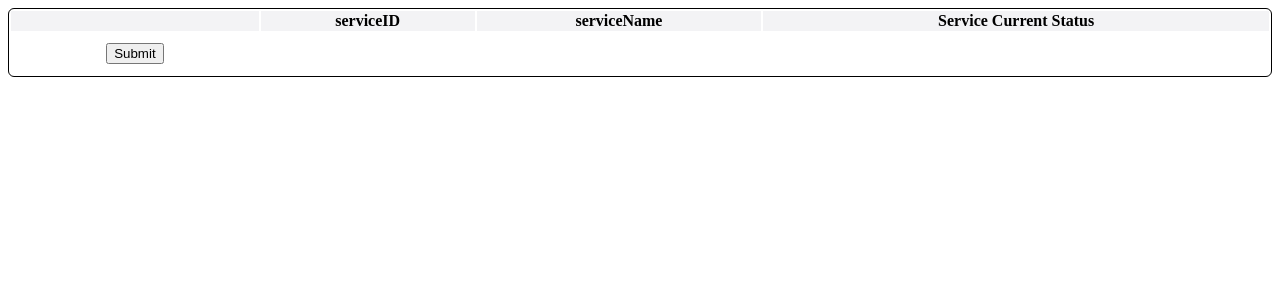
Repository: suma94/MyProjects
Page: http://localhost/SelfServiceSales/Display.jsp
These files come from the project's save history. The page is drawn as it stood at one moment and after the next save; the edit follows.
The browser window is 1280 px wide. The pictures show the whole page.
The page is served by Tomcat 9. Other server files are loaded and not shown.

Above is the page before, as saved 2015-08-26 04:30:44.

### SelfServiceSales/WebContent/Display.jsp
<%@ page language="java" contentType="text/html; charset=ISO-8859-1"
    pageEncoding="ISO-8859-1"%>
    <%@ taglib uri="http://java.sun.com/jsp/jstl/core" prefix="c" %>
<!DOCTYPE html PUBLIC "-//W3C//DTD HTML 4.01 Transitional//EN" "http://www.w3.org/TR/html4/loose.dtd">
<html>
<head>
<meta http-equiv="Content-Type" content="text/html; charset=ISO-8859-1">
<link rel="stylesheet" type="text/css" href="styles.css">
<title>Insert title here</title>

</head>
<body>
	<form action="SuspendComplete" method="post">
		<table class="vztable" >
			<tr>
				<th><th>serviceID<th>serviceName<th>Service Current Status</th>
			</tr>
			<c:forEach var="e" items="${infols}">
			<tr>
				<td><input type="radio" name="services" value="${e.service_id}"> </td>
				<td><c:out value="${e.service_id}"></c:out> </td>
				<td><c:out value="${e.service_name}"></c:out> </td>
				<td><c:out value="${e.service_current_status}"></c:out> </td>
			</tr>
			</c:forEach>
			<tr>
				<td><input type="submit" value="Submit"name="Suspend"></td>
			</tr>
		</table>
	</form>
</body>
</html>

### SelfServiceSales/WebContent/styles.css
.vz-standard-font
{
	font-family:arial;
}
.vzh1
{
	font-family:arial;
	font-style:bold;
	font-size:28px;
	color:#B00000;
}
.vzh2
{
	font-family:arial;
	font-style:bold;
	font-size:24px;
	color:#B00000;
}
.vzh3
{
	font-family:arial;
	font-style:bold;
	font-size:21.33px;
	color:#333333;
}
.vzh4
{
	font-family:arial;
	font-style:bold;
	font-size:18.66px;
	color:#333333;

}
.vzh5
{
	font-family:arial;
	font-style:bold;
	font-size:16px;
	color:#333333;
}
.vzh6
{
	font-family:arial;
	font-style:bold;
	font-size:14.66px;
	color:#333333;
}
.vzred
{
	color:#ED1C24;
}
.vzdarkgrey
{
	color:#595A5D;
}
.vzgrey
{
	color:#D2D3D4;
}
.vzlightgrey
{
	color:#ECEDEE;
}
.vzsecondary1
{
	color:rgb(115,185,176);
}
.vzsecondary2
{
	color:rgb(259,223,76);
}
.vzsecondary3
{
	color:rgb(74,154,77);
}.vzsecondary4
{
	color:rgb(46,103,178);
}
.vzsecondary5
{
	color:rgb(196,159,57);
}
.vzsecondary6
{
	color:rgb(210,102,159);
}
.vzsecondary7
{
	color:rgb(127,52,131);
}
.vzsecondary8
{
	color:rgb(49,149,169);
}
a.vzlink:link {
     font-family:Arial; color:#0066CC; text-decoration:underline;
}

/* visited link */
a.vzlink:visited {
  font-family:Arial; color:#990099; text-decoration:none;

}

/* mouse over link */
a .vzlink:hover {
   font-family:Arial; color:#0066CC; text-decoration:underline;
}

/* selected link */
a.vzlink:active {
font-family:Arial; color:#B00000; text-decoration:none;
}

.vzbtn {
  -webkit-border-radius: 6;
  -moz-border-radius: 6;
 padding: 10px 16px;
font-size: 18px;
line-height: 1.33333;
border-radius: 6px;
margin-bottom: 0px;
font-weight: 400;
text-align: center;
white-space: nowrap;
vertical-align: middle;
cursor: pointer;
-moz-user-select: none;
background-image: none;
border: 1px solid transparent;

  font-family: Arial;
  color: #ffffff;

  background: #d51e27;

  text-decoration: none;
}
.vzbtn:focus {outline:0;}

.vzbtn:hover {
  text-decoration: none;
}
.vzbtnsmall {
  -webkit-border-radius: 3;
  -moz-border-radius: 3;
  padding: 5px 10px;
    padding-top: 5px;
    padding-right: 10px;
    padding-bottom: 5px;
    padding-left: 10px;
font-size: 12px;
line-height: 1.5;
border-radius: 3px;
display: inline-block;
margin-bottom: 0px;
font-weight: 400;
text-align: center;
white-space: nowrap;
vertical-align: middle;
cursor: pointer;
-moz-user-select: none;
background-image: none;
border: 1px solid transparent;

  font-family: Arial;
  color: #ffffff;

  background: #d51e27;

  text-decoration: none;
}
.vzbtnsmall:focus {outline:0;}

.vzbtnsmall:hover {
  text-decoration: none;
}
.vzbtnmedium {
	padding: 6px 12px;
margin-bottom: 0px;
font-size: 14px;
font-weight: 400;
line-height: 1.42857;
text-align: center;
white-space: nowrap;
vertical-align: middle;
cursor: pointer;
-moz-user-select: none;
background-image: none;
border: 1px solid transparent;
border-radius: 4px;
  -webkit-border-radius: 4;
  -moz-border-radius: 4;



  font-family: Arial;
  color: #ffffff;

  background: #d51e27;

  text-decoration: none;
}
.vzbtnmedium:focus {outline:0;}

.vzbtnmedium:hover {
  text-decoration: none;
}
.vzbtnxsmall {
	padding: 1px 5px;
    padding-top: 1px;
    padding-right: 5px;
    padding-bottom: 1px;
    padding-left: 5px;
font-size: 12px;
line-height: 1.5;
border-radius: 3px;
	display: inline-block;
margin-bottom: 0px;
font-weight: 400;
text-align: center;
white-space: nowrap;
vertical-align: middle;
cursor: pointer;
-moz-user-select: none;
background-image: none;
border: 1px solid transparent;

border-radius: 3px;
  -webkit-border-radius: 3;
  -moz-border-radius: 3;



  font-family: Arial;
  color: #ffffff;

  background: #d51e27;

  text-decoration: none;
}
.vzbtnxsmall:focus {outline:0;}

.vzbtnxsmall:hover {
  text-decoration: none;
}
.vzbtn1{
  -webkit-border-radius: 6;
  -moz-border-radius: 6;
 padding: 10px 16px;
font-size: 18px;
line-height: 1.33333;
border-radius: 6px;
margin-bottom: 0px;
font-weight: 400;
text-align: center;
white-space: nowrap;
vertical-align: middle;
cursor: pointer;
-moz-user-select: none;
background-image: none;
border: 1px solid transparent;

  font-family: Arial;
  color: #ffffff;

  background: #464a4f;

  text-decoration: none;
}
.vzbtn1:focus {outline:0;}

.vzbtn1:hover {
  text-decoration: none;
}
.vzbtn1small {
  -webkit-border-radius: 3;
  -moz-border-radius: 3;
  padding: 5px 10px;
    padding-top: 5px;
    padding-right: 10px;
    padding-bottom: 5px;
    padding-left: 10px;
font-size: 12px;
line-height: 1.5;
border-radius: 3px;
display: inline-block;
margin-bottom: 0px;
font-weight: 400;
text-align: center;
white-space: nowrap;
vertical-align: middle;
cursor: pointer;
-moz-user-select: none;
background-image: none;
border: 1px solid transparent;

  font-family: Arial;
  color: #ffffff;

  background: #464a4f;

  text-decoration: none;
}
.vzbtn1small:focus {outline:0;}

.vzbtn1small:hover {
  text-decoration: none;
}
.vzbtn1medium {
	padding: 6px 12px;
margin-bottom: 0px;
font-size: 14px;
font-weight: 400;
line-height: 1.42857;
text-align: center;
white-space: nowrap;
vertical-align: middle;
cursor: pointer;
-moz-user-select: none;
background-image: none;
border: 1px solid transparent;
border-radius: 4px;
  -webkit-border-radius: 4;
  -moz-border-radius: 4;



  font-family: Arial;
  color: #ffffff;

  background: #464a4f;

  text-decoration: none;
}
.vzbtn1medium:focus {outline:0;}

.vzbtn1medium:hover {
  text-decoration: none;
}
.vzbtn1xsmall {
	padding: 1px 5px;
    padding-top: 1px;
    padding-right: 5px;
    padding-bottom: 1px;
    padding-left: 5px;
font-size: 12px;
line-height: 1.5;
border-radius: 3px;
	display: inline-block;
margin-bottom: 0px;
font-weight: 400;
text-align: center;
white-space: nowrap;
vertical-align: middle;
cursor: pointer;
-moz-user-select: none;
background-image: none;
border: 1px solid transparent;

border-radius: 3px;
  -webkit-border-radius: 3;
  -moz-border-radius: 3;



  font-family: Arial;
  color: #ffffff;

  background: #464a4f;

  text-decoration: none;
}
.vzbtn1xsmall:focus {outline:0;}

.vzbtnx1small:hover {
  text-decoration: none;
}


.vzbtn2{
  -webkit-border-radius: 7;
  -moz-border-radius: 7;
  border-radius: 7px;

  font-family: Arial;
  color: #818181;
  font-size: 14px;
  background: #e3e6e5;
  padding: 10px 20px 10px 20px;
  text-decoration: none;
}
.vzbtn2:focus {outline:0;}
.vzbtn2:hover {
  text-decoration: none;
}
.vzbtn2{
  -webkit-border-radius: 6;
  -moz-border-radius: 6;
 padding: 10px 16px;
font-size: 18px;
line-height: 1.33333;
border-radius: 6px;
margin-bottom: 0px;
font-weight: 400;
text-align: center;
white-space: nowrap;
vertical-align: middle;
cursor: pointer;
-moz-user-select: none;
background-image: none;
border: 1px solid transparent;

  font-family: Arial;
  color: #ffffff;

  background: #e3e6e5;

  text-decoration: none;
}
.vzbtn2:focus {outline:0;}

.vzbtn2:hover {
  text-decoration: none;
}
.vzbtn2small {
  -webkit-border-radius: 3;
  -moz-border-radius: 3;
  padding: 5px 10px;
    padding-top: 5px;
    padding-right: 10px;
    padding-bottom: 5px;
    padding-left: 10px;
font-size: 12px;
line-height: 1.5;
border-radius: 3px;
display: inline-block;
margin-bottom: 0px;
font-weight: 400;
text-align: center;
white-space: nowrap;
vertical-align: middle;
cursor: pointer;
-moz-user-select: none;
background-image: none;
border: 1px solid transparent;

  font-family: Arial;
  color: #ffffff;

  background: #e3e6e5;

  text-decoration: none;
}
.vzbtn2small:focus {outline:0;}

.vzbtn2small:hover {
  text-decoration: none;
}
.vzbtn2medium {
	padding: 6px 12px;
margin-bottom: 0px;
font-size: 14px;
font-weight: 400;
line-height: 1.42857;
text-align: center;
white-space: nowrap;
vertical-align: middle;
cursor: pointer;
-moz-user-select: none;
background-image: none;
border: 1px solid transparent;
border-radius: 4px;
  -webkit-border-radius: 4;
  -moz-border-radius: 4;



  font-family: Arial;
  color: #ffffff;

  background: #e3e6e5;

  text-decoration: none;
}
.vzbtn2medium:focus {outline:0;}

.vzbtn2medium:hover {
  text-decoration: none;
}
.vzbtn2xsmall {
	padding: 1px 5px;
    padding-top: 1px;
    padding-right: 5px;
    padding-bottom: 1px;
    padding-left: 5px;
font-size: 12px;
line-height: 1.5;
border-radius: 3px;
	display: inline-block;
margin-bottom: 0px;
font-weight: 400;
text-align: center;
white-space: nowrap;
vertical-align: middle;
cursor: pointer;
-moz-user-select: none;
background-image: none;
border: 1px solid transparent;

border-radius: 3px;
  -webkit-border-radius: 3;
  -moz-border-radius: 3;



  font-family: Arial;
  color: #ffffff;

  background: #e3e6e5;

  text-decoration: none;
}
.vzbtn2xsmall:focus {outline:0;}

.vzbtnx2small:hover {
  text-decoration: none;
}

.vztext {
  display: inline-block;
  -webkit-box-sizing: content-box;
  -moz-box-sizing: content-box;
  box-sizing: content-box;
  padding: 10px 20px;
  border: 1px solid #b7b7b7;
  -webkit-border-radius: 3px;
  border-radius: 3px;
  font: normal 14px/normal Arial, Helvetica, sans-serif;
  color: rgba(40,40,40,1);
  -o-text-overflow: clip;
  text-overflow: clip;
  background: #ecf0f1;
  -webkit-box-shadow: 2px 2px 2px 0 rgba(0,0,0,0.2) inset;
  box-shadow: 2px 2px 2px 0 rgba(0,0,0,0.2) inset;
  text-shadow: 1px 1px 0 rgba(255,255,255,0.66) ;
  -webkit-transition: all 200ms cubic-bezier(0.42, 0, 0.58, 1);
  -moz-transition: all 200ms cubic-bezier(0.42, 0, 0.58, 1);
  -o-transition: all 200ms cubic-bezier(0.42, 0, 0.58, 1);
  transition: all 200ms cubic-bezier(0.42, 0, 0.58, 1);
}

.vztextarea
{

background:#ecf0f1;
color: rgba(40,40,40,1);
border:1px solid #DCDCDC;
border-radius:2px ;
font-size:12px ;
width: 222px ;
padding: 2px ;
box-shadow: 2px 2px 2px 0 rgba(0,0,0,0.2) inset;
-webkit-box-shadow: -2px 0px 8px #DCDCDC;
-moz-box-shadow: -2px 0px 8px #DCDCDC;
}
.vztextarea:focus, input:focus{
    outline: 0;
}
.vztable {
	margin:0px;padding:0px;
	width:100%;
	border:1px solid #000000;

	-moz-border-radius-bottomleft:6px;
	-webkit-border-bottom-left-radius:6px;
	border-bottom-left-radius:6px;

	-moz-border-radius-bottomright:6px;
	-webkit-border-bottom-right-radius:6px;
	border-bottom-right-radius:6px;

	-moz-border-radius-topright:6px;
	-webkit-border-top-right-radius:6px;
	border-top-right-radius:6px;

	-moz-border-radius-topleft:6px;
	-webkit-border-top-left-radius:6px;
	border-top-left-radius:6px;
}.vztable table{
    border-collapse: collapse;
        border-spacing: 0;
	width:100%;
	height:100%;
	margin:0px;padding:0px;
}.vztable tr:last-child td:last-child {
	-moz-border-radius-bottomright:6px;
	-webkit-border-bottom-right-radius:6px;
	border-bottom-right-radius:6px;
}
.vztable table tr:first-child td:first-child {
	-moz-border-radius-topleft:6px;
	-webkit-border-top-left-radius:6px;
	border-top-left-radius:6px;
}
.vztable table tr:first-child td:last-child {
	-moz-border-radius-topright:6px;
	-webkit-border-top-right-radius:6px;
	border-top-right-radius:6px;
}.vztable tr:last-child td:first-child{
	-moz-border-radius-bottomleft:6px;
	-webkit-border-bottom-left-radius:6px;
	border-bottom-left-radius:6px;
}.vztable tr:hover td{

}
.vztable tr:nth-child(odd){ background-color:#f3f3f5; }
.vztable tr:nth-child(even)    { background-color:#ffffff; }.vztable td{
	vertical-align:middle;


	border:1px solid #000000;
	border-width:0px 1px 1px 0px;
	text-align:center;
	padding:10px;
	font-size:13px;
	font-family:Arial;
	font-weight:normal;
	color:#000000;
}.vztable tr:last-child td{
	border-width:0px 1px 0px 0px;
}.vztable tr td:last-child{
	border-width:0px 0px 1px 0px;
}.vztable tr:last-child td:last-child{
	border-width:0px 0px 0px 0px;
}
.vztable tr:first-child td{
		background:-o-linear-gradient(bottom, #595a5d 5%, #595a5d 100%);	background:-webkit-gradient( linear, left top, left bottom, color-stop(0.05, #595a5d), color-stop(1, #595a5d) );
	background:-moz-linear-gradient( center top, #595a5d 5%, #595a5d 100% );
	filter:progid:DXImageTransform.Microsoft.gradient(startColorstr="#595a5d", endColorstr="#595a5d");	background: -o-linear-gradient(top,#595a5d,595a5d);

	background-color:#595a5d;
	border:0px solid #000000;
	text-align:center;
	border-width:0px 0px 1px 1px;
	font-size:14px;
	font-family:Arial;
	font-weight:bold;
	color:#ffffff;
}
.vztable tr:first-child:hover td{
	background:-o-linear-gradient(bottom, #595a5d 5%, #595a5d 100%);	background:-webkit-gradient( linear, left top, left bottom, color-stop(0.05, #595a5d), color-stop(1, #595a5d) );
	background:-moz-linear-gradient( center top, #595a5d 5%, #595a5d 100% );
	filter:progid:DXImageTransform.Microsoft.gradient(startColorstr="#595a5d", endColorstr="#595a5d");	background: -o-linear-gradient(top,#595a5d,595a5d);

	background-color:#595a5d;
}
.vztable tr:first-child td:first-child{
	border-width:0px 0px 1px 0px;
}
.vztable tr:first-child td:last-child{
	border-width:0px 0px 1px 1px;
}

.vztable1 {
	margin:0px;padding:0px;
	width:100%;
	border:1px solid #000000;

	-moz-border-radius-bottomleft:6px;
	-webkit-border-bottom-left-radius:6px;
	border-bottom-left-radius:6px;

	-moz-border-radius-bottomright:6px;
	-webkit-border-bottom-right-radius:6px;
	border-bottom-right-radius:6px;

	-moz-border-radius-topright:6px;
	-webkit-border-top-right-radius:6px;
	border-top-right-radius:6px;

	-moz-border-radius-topleft:6px;
	-webkit-border-top-left-radius:6px;
	border-top-left-radius:6px;
}.vztable1 table{
    border-collapse: collapse;
        border-spacing: 0;
	width:100%;
	height:100%;
	margin:0px;padding:0px;
}.vztable1 tr:last-child td:last-child {
	-moz-border-radius-bottomright:6px;
	-webkit-border-bottom-right-radius:6px;
	border-bottom-right-radius:6px;
}
.vztable1 table tr:first-child td:first-child {
	-moz-border-radius-topleft:6px;
	-webkit-border-top-left-radius:6px;
	border-top-left-radius:6px;
}
.vztable1 table tr:first-child td:last-child {
	-moz-border-radius-topright:6px;
	-webkit-border-top-right-radius:6px;
	border-top-right-radius:6px;
}.vztable1 tr:last-child td:first-child{
	-moz-border-radius-bottomleft:6px;
	-webkit-border-bottom-left-radius:6px;
	border-bottom-left-radius:6px;
}.vztable1 tr:hover td{

}
.vztable1 tr:nth-child(odd){ background-color:#f3f3f5; }
.vztable1 tr:nth-child(even)    { background-color:#ffffff; }.vztable1 td{
	vertical-align:middle;


	border:1px solid #000000;
	border-width:0px 1px 1px 0px;
	text-align:center;
	padding:10px;
	font-size:13px;
	font-family:Arial;
	font-weight:normal;
	color:#000000;
}.vztable1 tr:last-child td{
	border-width:0px 1px 0px 0px;
}.vztable1 tr td:last-child{
	border-width:0px 0px 1px 0px;
}.vztable1 tr:last-child td:last-child{
	border-width:0px 0px 0px 0px;
}
.vztable1 tr:first-child td{
		/* background:-o-linear-gradient(bottom, #595a5d 5%, #595a5d 100%);	background:-webkit-gradient( linear, left top, left bottom, color-stop(0.05, #595a5d), color-stop(1, #595a5d) );
	background:-moz-linear-gradient( center top, #595a5d 5%, #595a5d 100% ); */
	filter:progid:DXImageTransform.Microsoft.gradient(startColorstr="#595a5d", endColorstr="#595a5d");	background: -o-linear-gradient(top,#595a5d,595a5d);


	border:0px solid #000000;
	text-align:center;
	border-width:0px 0px 1px 1px;
	font-size:14px;
	font-family:Arial;


}
/* .vztable1 tr:first-child:hover td{
	background:-o-linear-gradient(bottom, #595a5d 5%, #595a5d 100%);	background:-webkit-gradient( linear, left top, left bottom, color-stop(0.05, #595a5d), color-stop(1, #595a5d) );
	background:-moz-linear-gradient( center top, #595a5d 5%, #595a5d 100% );
	filter:progid:DXImageTransform.Microsoft.gradient(startColorstr="#595a5d", endColorstr="#595a5d");	background: -o-linear-gradient(top,#595a5d,595a5d);

	background-color:#595a5d;
} */
.vztable1 tr:first-child td:first-child{
	border-width:0px 0px 1px 0px;
}
.vztable1 tr:first-child td:last-child{
	border-width:0px 0px 1px 1px;
}


.vzresponsive-container { position: relative; padding-bottom: 56.25%; padding-top: 30px; height: 0; overflow: hidden; }

.vzresponsive-container iframe { position: absolute; top: 0; left: 0; width: 100%; height: 100%; }
.vzlogoContainer {
  width: 20%;
}
.vzlogoContainer img {
max-width: 100%;
}
input[type=radio], input[type=checkbox] {
	    display:none;
	}
input[type=radio] + label:before {
	    content: "";
	    display: inline-block;
	    width: 15px;
	    height: 15px;
	    vertical-align:middle;
	    margin-right: 8px;
	    background-color: #aaa;
	    box-shadow: inset 0px 2px 2px rgba(0, 0, 0, .3);
	    border-radius: 8px;
	}
input[type=checkbox] + label:before {
	    content: "";
	    display: inline-block;
	    width: 15px;
	    height: 15px;
	    vertical-align:middle;
	    margin-right: 8px;
	    background-color: #aaa;
	    box-shadow: inset 0px 2px 2px rgba(0, 0, 0, .3);
	    border-radius: 4px;
	}
input[type=radio]:checked + label:before {
		content: "\2022";
		color:white;
	    background-color: #666;
		font-size:1.8em;
		text-align:center;
		line-height:14px;
		text-shadow:0px 0px 3px #eee;
	}
input[type=checkbox]:checked + label:before {
		content:"\2714";
		color:white;
	    background-color: #666;
		text-align:center;
		line-height:15px;
	    text-shadow:0px 0px 3px #eee;
	}
	.vznavbar-inverse
	{
		background-color: #FFFFFF;
		}
.vznavbar-inverse .vznavbar-nav>.vzactive>a:hover,
.vznavbar-inverse .vznavbar-nav>li>a:hover,
.vznavbar-inverse .vznavbar-nav>li>a:focus
 {
	 background-color: #FFFFFF;
	 }
.vznavbar-inverse .vznavbar-nav>.vzactive>a,
.vznavbar-inverse .vznavbar-nav>.vzopen>a,
.vznavbar-inverse .vznavbar-nav>.vzopen>a,
.vznavbar-inverse .vznavbar-nav>.vzopen>a:hover,
.vznavbar-inverse .vznavbar-nav>.vzopen>a,
.vznavbar-inverse .vznavbar-nav>.vzopen>a:hover,
.vznavbar-inverse .vznavbar-nav>.vzopen>a:focus
{
	background-color: #FFFFFF;
	}
.vzdropdown-menu
{
	background-color: #D2D3D4;
	}
.vzdropdown-menu>li>a:hover,
.vzdropdown-menu>li>a:focus
{
	background-color: #080808;
	}
.vznavbar-inverse
{
	background-image: none;
	}
.vzdropdown-menu>li>a:hover,
.vzdropdown-menu>li>a:focus
{
	background-image: none;
	}
.vznavbar-inverse {
	border-color: #d2d3d4;
	}
.vznavbar-inverse .vznavbar-brand
{
	color: #994812;
	}
.vznavbar-inverse .vznavbar-brand:hover {
	color: #ED1C24
	}
.vznavbar-inverse .vznavbar-nav>li>a
{
	color: #080808;
	}
.vznavbar-inverse .vznavbar-nav>li>a:hover,
.vznavbar-inverse .vznavbar-nav>li>a:focus
{
	color: #ED1C24;
	}
.vznavbar-inverse .vznavbar-nav>.vzactive>a,
.vznavbar-inverse .vznavbar-nav>.vzopen>a,
.vznavbar-inverse .vznavbar-nav>.vzopen>a:hover,
.vznavbar-inverse .vznavbar-nav>.vzopen>a:focus
{
	color: #ED1C24;
	}
.vznavbar-inverse .vznavbar-nav>.vzactive>a:hover,
.vznavbar-inverse .vznavbar-nav>.vzactive>a:focus
{
	color: #ED1C24;
	}
.vzdropdown-menu>li>a
{
color: #080808;
}
.vzdropdown-menu>li>a:hover,
.vzdropdown-menu>li>a:focus
{
	color: #FFFFFF;
}
.vznavbar-inverse .vznavbar-nav>.vzdropdown>a .vzcaret
{
	border-top-color: #080808;
	}
.vznavbar-inverse .vznavbar-nav>.vzdropdown>a:hover .vzcaret
 {
	 border-top-color: #ED1C24;
	 }
.vznavbar-inverse .vznavbar-nav>.vzdropdown>a .vzcaret
{
	border-bottom-color: #080808;
	}
.vznavbar-inverse .vznavbar-nav>.vzdropdown>a:hover .vzcaret
{
	border-bottom-color: #ED1C24;
	}

.inputwrap label {
    display: inline-block;
    width: 100px;
    text-align: right;
}
.select-style {
    /* border: 1px solid #ccc; */
    width: 120px;
    border-radius: 3px;
    overflow: hidden;
    background:  url("menu-icon.png") no-repeat 90% 50%;
	background-color:#d2d3d4;
}

.select-style select {
    padding: 5px 8px;
    width: 130%;
    border: none;
    box-shadow: none;
    background:transparent;
    background-image: none;
    -webkit-appearance: none;
}


.select-style select:focus {
    outline: none;
}

.wrapper         {width:100%;height:100%;margin:0 auto;background:#ffffff}
.h_iframe        {position:relative;}
.h_iframe .ratio {display:block;width:100%;height:auto;}
.h_iframe iframe {position:absolute;top:0;left:0;width:100%; height:100%;}

After the next save:
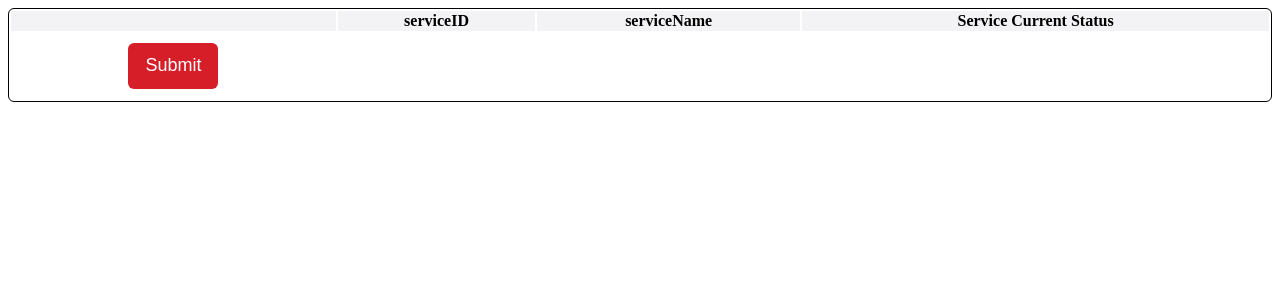
Saved 117 s later.
--- a/SelfServiceSales/WebContent/Display.jsp
+++ b/SelfServiceSales/WebContent/Display.jsp
@@ -11,7 +11,7 @@
 </head>
 <body>
 	<form action="SuspendComplete" method="post">
-		<table class="vztable" >
+		<table class="vztable"  >
 			<tr>
 				<th><th>serviceID<th>serviceName<th>Service Current Status</th>
 			</tr>
@@ -24,7 +24,7 @@
 			</tr>
 			</c:forEach>
 			<tr>
-				<td><input type="submit" value="Submit"name="Suspend"></td>
+				<td><input type="submit" value="Submit" name="Suspend" class="vzbtn"></td>
 			</tr>
 		</table>
 	</form>
